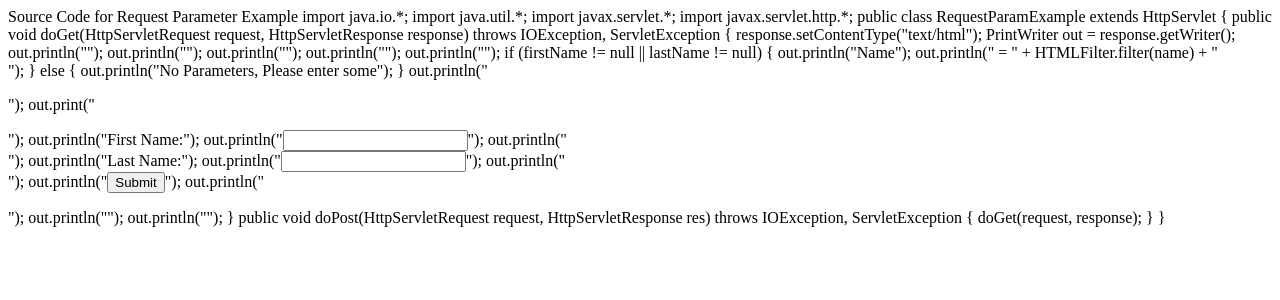
Repository: umng/Learn-to-Program
Page: Java/CTS_SFDC/workspace/Validate Player details/WebContent/index.html
An editor plug-in stored every save of this project. The page is shown before and after the next save, followed by the edit.
The browser window is 1280 px wide. The pictures show the whole page.

Above is the page before, as saved 2017-02-23 08:11:59.

After the next save:
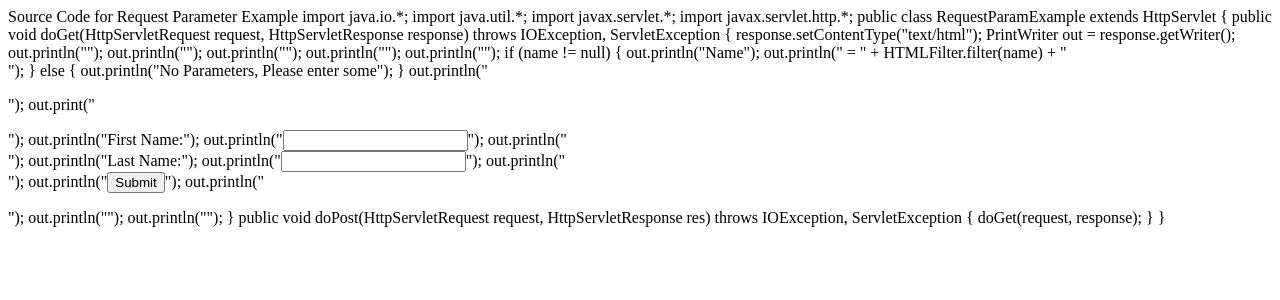
Saved 20 s later.
--- a/Java/CTS_SFDC/workspace/Validate Player details/WebContent/index.html
+++ b/Java/CTS_SFDC/workspace/Validate Player details/WebContent/index.html
@@ -18,7 +18,7 @@
         out.println("<title>Welcome Servlet</title>");
         out.println("</head>");
         out.println("<body>");
-        if (firstName != null || lastName != null) {
+        if (name != null) {
             out.println("Name");
             out.println(" = " + HTMLFilter.filter(name) + "<br>");
         } else {
